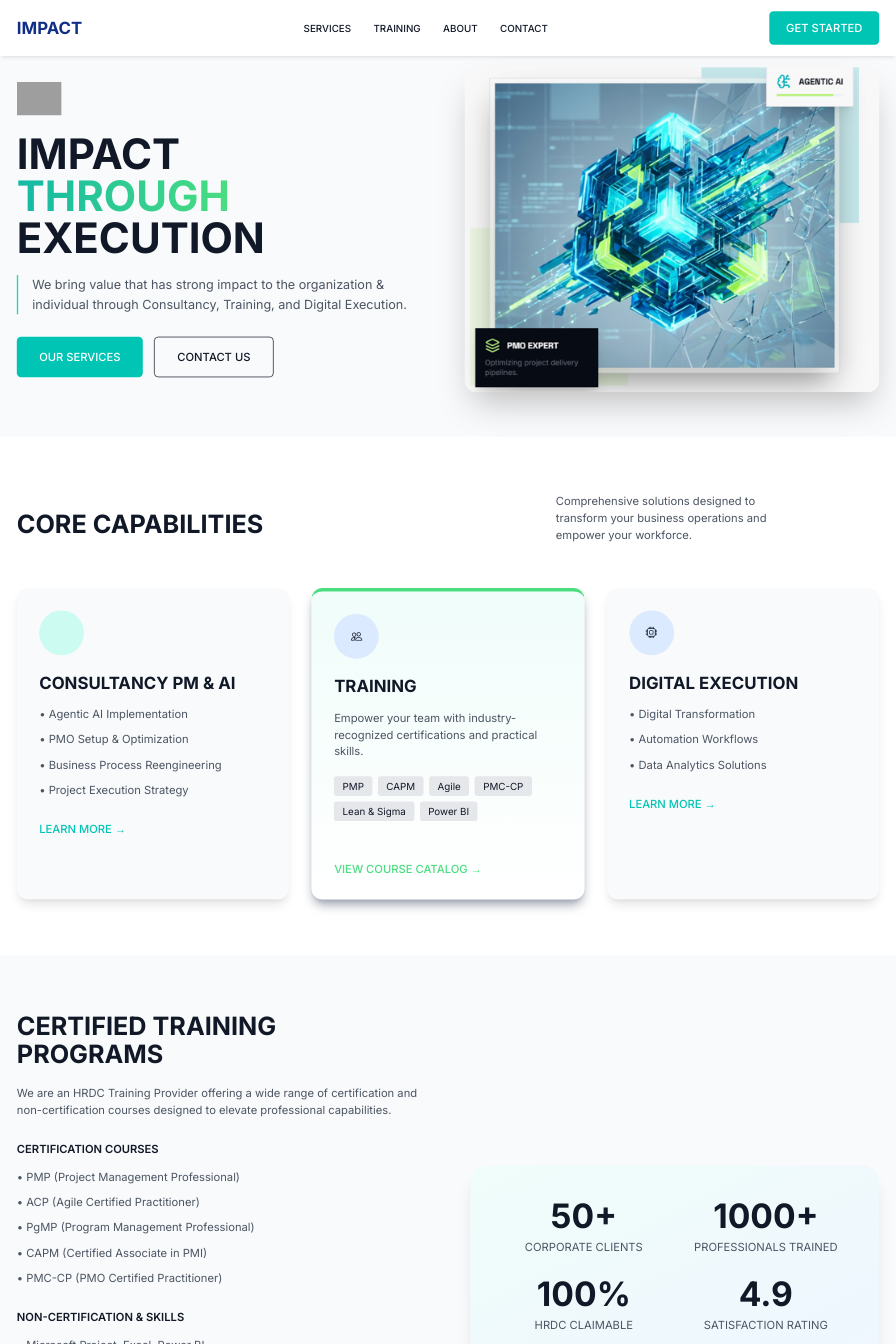
Repository: hsuntariq/web-pages
Page: impact/index.html
The author's editor kept a copy of each file at every save. The page is drawn from the files as they stood at one save, then again after the next save.
The browser window is 1280 px wide. The pictures show the part of the page from y = 0 to 1920 px (the page is 4097 px tall), at 70% of full size.
Pictures or frames that could not be fetched are drawn as grey boxes. Some web libraries are served in a nearby version.

Above is the page before, as saved 2025-12-28 20:29:24.

After the next save:
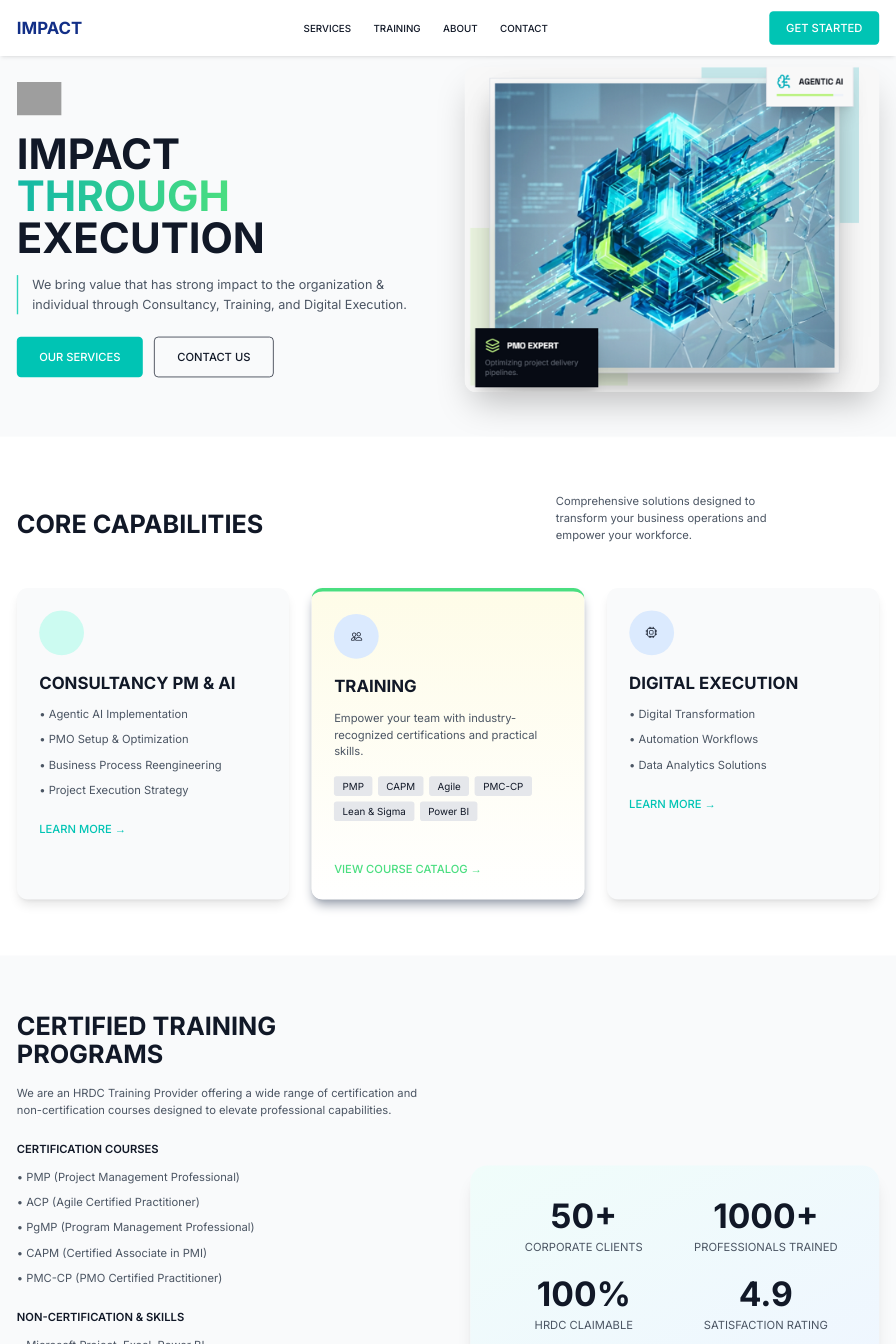
Saved 9 s later.
--- a/impact/index.html
+++ b/impact/index.html
@@ -150,7 +150,7 @@
           </div>
           <!-- Training -->
           <div
-            class="bg-gradient-to-b from-teal-50 to-white rounded-2xl shadow-2xl shadow-gray-400 border-e-0 border-s-0 border-b-0 border-[5px] p-8 shadow-lg border border-green-400"
+            class="bg-gradient-to-b from-yellow-50 to-white rounded-2xl shadow-2xl shadow-gray-400 border-e-0 border-s-0 border-b-0 border-[5px] p-8 shadow-lg border border-green-400"
           >
             <div
               class="bg-blue-100 w-16 flex justify-center items-center h-16 rounded-full mb-6"

After the save that followed:
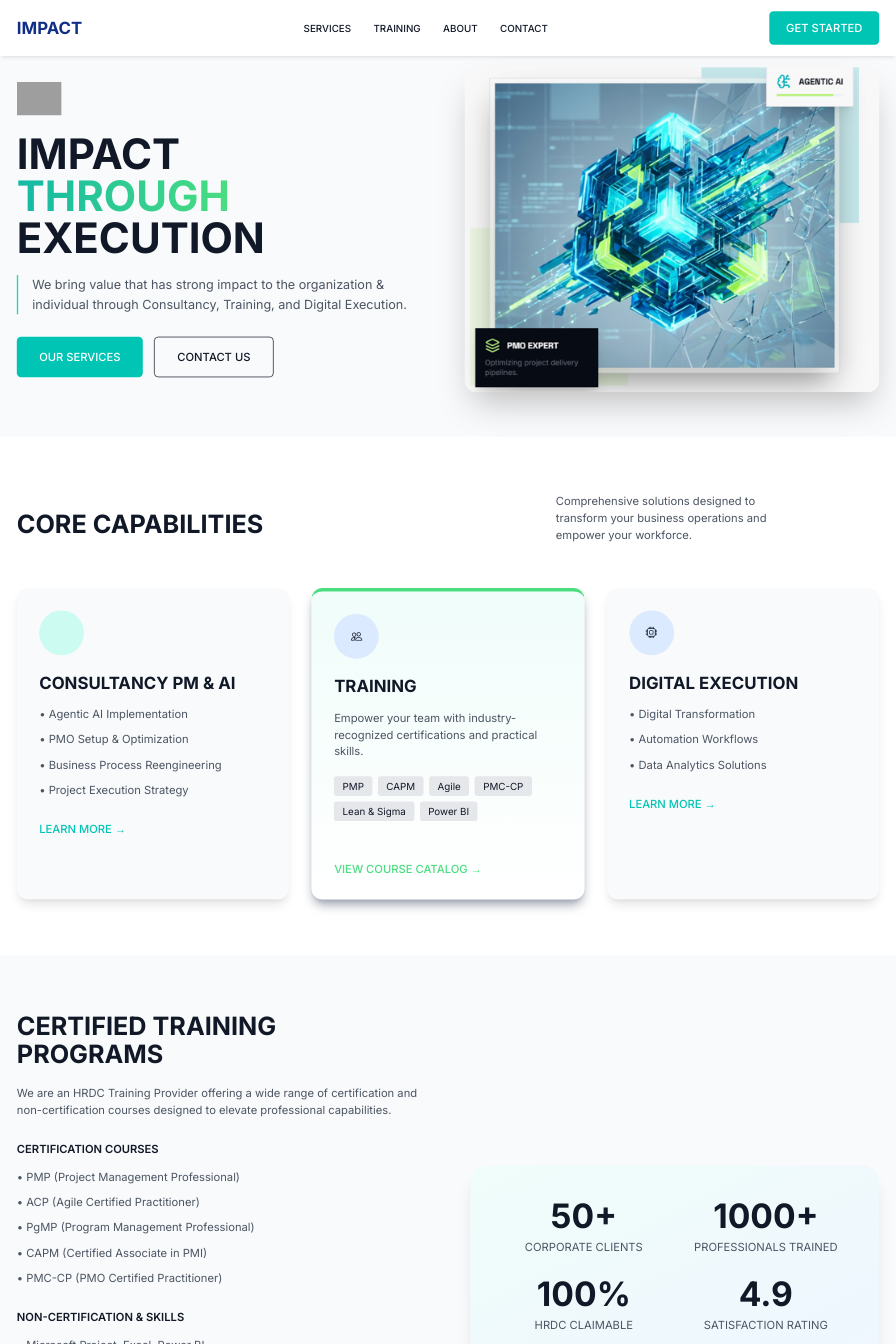
Saved 5 s later.
--- a/impact/index.html
+++ b/impact/index.html
@@ -150,7 +150,7 @@
           </div>
           <!-- Training -->
           <div
-            class="bg-gradient-to-b from-yellow-50 to-white rounded-2xl shadow-2xl shadow-gray-400 border-e-0 border-s-0 border-b-0 border-[5px] p-8 shadow-lg border border-green-400"
+            class="bg-gradient-to-b from-teal-50 to-white rounded-2xl shadow-2xl shadow-gray-400 border-e-0 border-s-0 border-b-0 border-[5px] p-8 shadow-lg border border-green-400"
           >
             <div
               class="bg-blue-100 w-16 flex justify-center items-center h-16 rounded-full mb-6"
